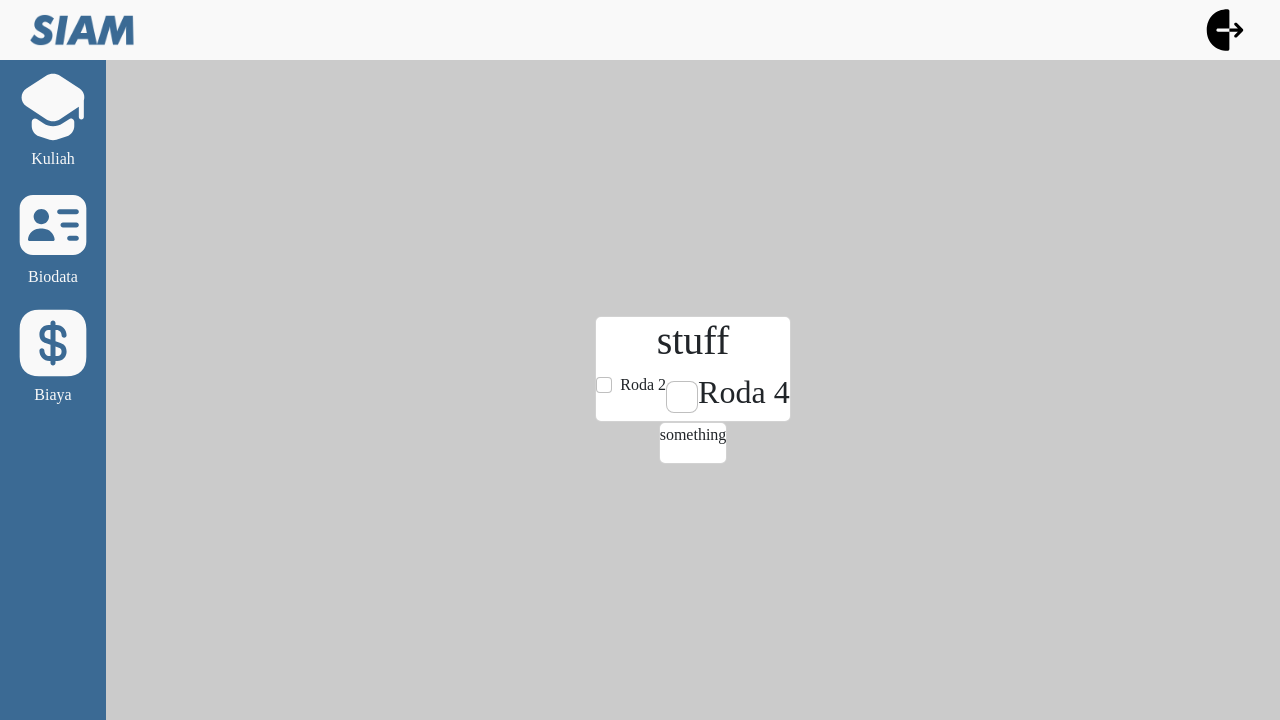
Repository: haikalirf/Project-IMK
Page: parkir.html
These files come from the project's save history. The page is drawn as it stood at one moment and after the next save; the edit follows.
The browser window is 1280 px wide. The pictures show the whole page.
Some web fonts or font styles are not loaded; a fallback is used.

Above is the page before, as saved 2022-12-12 20:05:00.

### parkir.html
<!DOCTYPE html>
<html lang="en">
<head>
	<meta charset="UTF-8">
	<meta http-equiv="X-UA-Compatible" content="IE=edge">
	<meta name="viewport" content="width=device-width, initial-scale=1.0">
	<title>SIAM</title>
	<link rel="icon" href="/assets/logo_ub.ico">
	<link rel="stylesheet" href="https://cdn.jsdelivr.net/npm/bootstrap@5.2.3/dist/css/bootstrap.min.css" integrity="sha384-rbsA2VBKQhggwzxH7pPCaAqO46MgnOM80zW1RWuH61DGLwZJEdK2Kadq2F9CUG65" crossorigin="anonymous">
	<link rel="stylesheet" href="/styles/parkir.css">
</head>
<body>
	<nav class="navbar" id="navbar">
		<a class="navbar-brand" href="/kuliah.html">
			<img id="navbar-image" src="/assets/SIAM.png" alt="SIAM">
		</a>
		<a class="navbar-link" href="landing.html">
			<img id="navbar-image" src="/assets/Logout.svg" alt="Logout">
		</a>
	</nav>
	<div class="mh-100" id="sidebar">
		<a class="btn" href="">
			<img id="sidebar-kuliah" src="/assets/Kuliah Logo.svg" alt="Kuliah">
			<label for="sidebar-kuliah">Kuliah</label>
		</a>
		<a class="btn" href="">
			<img id="sidebar-biodata" src="/assets/Biodata Logo.svg" alt="Biodata">
			<label for="sidebar-biodata">Biodata</label>
		</a>
		<a class="btn" href="">
			<img id="sidebar-biaya" src="/assets/Biaya Logo.svg" alt="Biaya">
			<label for="sidebar-biaya">Biaya</label>
		</a>
	</div>
	<main>
		<div class="card d-flex align-items-center">
			<h1>stuff</h1>
			<div class="d-flex">
				<div class="form-check">
					<input class="form-check-input" type="checkbox" value="" id="flexCheckDefault">
					<label class="form-check-label" for="flexCheckDefault">
						Roda 2
					</label>
				</div>
				<input class="form-check-input h2" type="checkbox" value="" id="checkRodaEmpat">
				<label class="form-check-label h2" for="checkRodaEmpat">
					Roda 4
				</label>
			</div>
		</div>
		<div class="card">
			<p>something</p>
		</div>
	</main>
	<script src="https://cdn.jsdelivr.net/npm/bootstrap@5.2.3/dist/js/bootstrap.bundle.min.js" integrity="sha384-kenU1KFdBIe4zVF0s0G1M5b4hcpxyD9F7jL+jjXkk+Q2h455rYXK/7HAuoJl+0I4" crossorigin="anonymous"></script>
</body>
</html>

### styles/parkir.css
/* CSS Reset */
/*
	Josh's Custom CSS Reset
	https://www.joshwcomeau.com/css/custom-css-reset/
*/
*, *::before, *::after {
	box-sizing: border-box;
}
  * {
	margin: 0;
}
html, body {
	height: 100%;
}
body {
	line-height: 1.5;
	-webkit-font-smoothing: antialiased;
}
img, picture, video, canvas, svg {
	display: block;
	max-width: 100%;
}
input, button, textarea, select {
	font: inherit;
}
p, h1, h2, h3, h4, h5, h6 {
	overflow-wrap: break-word;
}
#root, #__next {
	isolation: isolate;
}
/* CSS Reset ends */

body {
	background-color: #cbcbcb;
	font-family: 'readex';
	font-size: 16px;
}

@font-face {
	font-family: 'readex';
	src:url('/assets/fonts/ReadexPro-Medium.ttf');
}

img {
	object-fit: cover;
}

#navbar {
	display: flex;
	justify-content: space-between;
	position: fixed;
	background-color: #f9f9f9;
	z-index: 1;
	width: 100%;
	padding: 0px 30px;
}

#navbar-image {
	height: 50px;
}

main {
	padding-top: 60px;
	padding-left: 106px;
	display: flex;
	flex-direction: column;
	justify-content: center;
	align-items: center;
	height: 100vh;
}

#sidebar {
	background-color: #3b6a94;
	display: flex;
	flex-direction: column;
	flex: 1;
	position: fixed;
	height: 100vh;
	padding-top: 60px;
}

#sidebar img {
	width: 80px;
	height: 80px;
}

a img, a label {
	color: #f9f9f9;
}

After the next save:
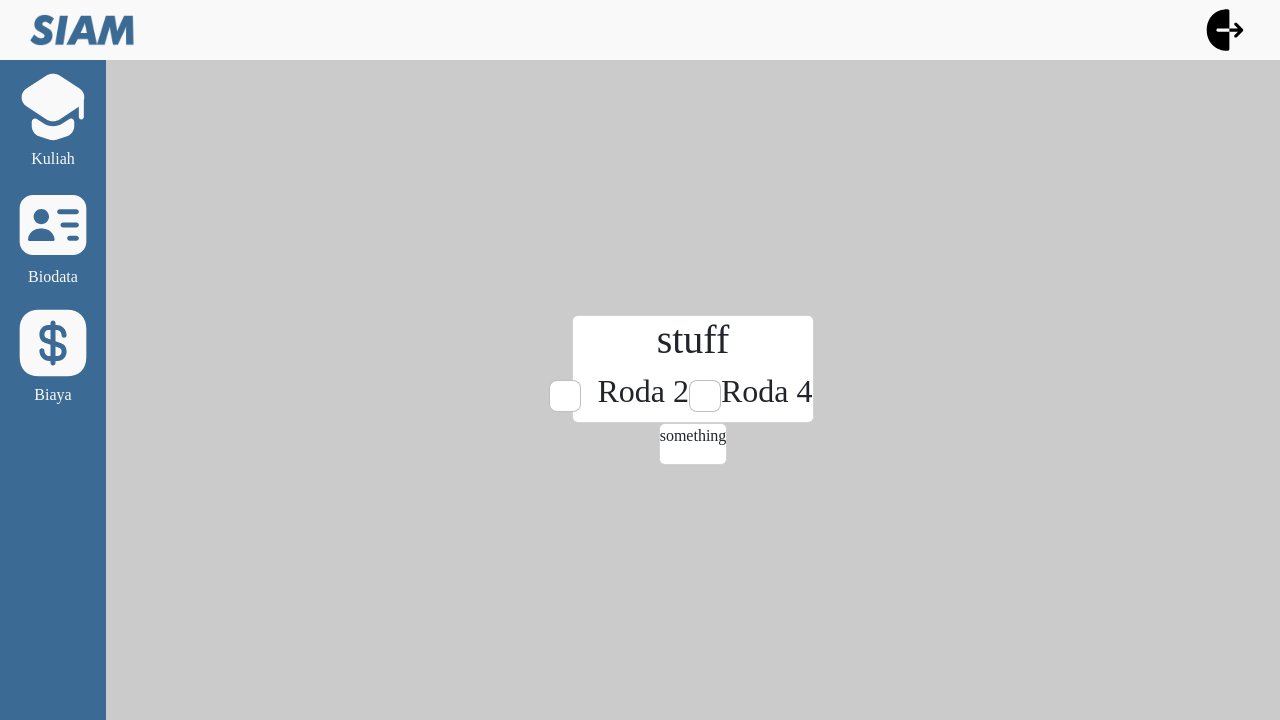
Saved 16 s later.
--- a/parkir.html
+++ b/parkir.html
@@ -37,8 +37,8 @@
 			<h1>stuff</h1>
 			<div class="d-flex">
 				<div class="form-check">
-					<input class="form-check-input" type="checkbox" value="" id="flexCheckDefault">
-					<label class="form-check-label" for="flexCheckDefault">
+					<input class="form-check-input h2" type="checkbox" value="" id="checkRodaEmpat">
+					<label class="form-check-label h2" for="checkRodaEmpat">
 						Roda 2
 					</label>
 				</div>
